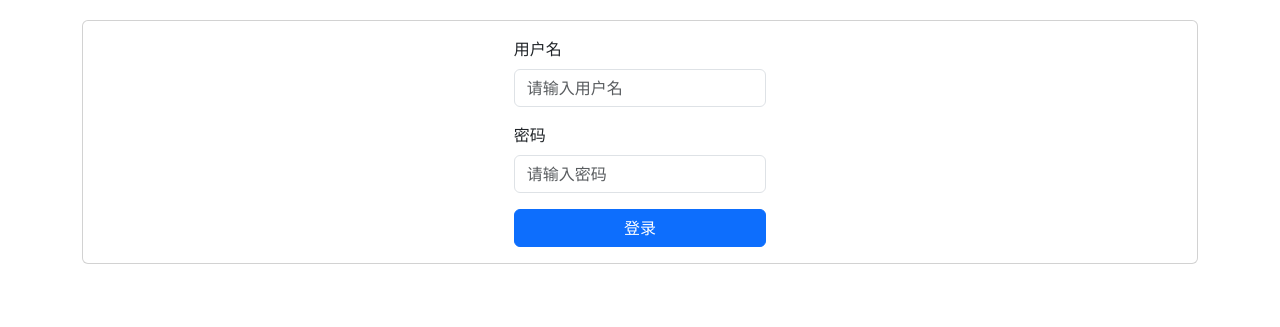
Repository: squawktop/CFS
Page: / (app in web/)
These files come from the project's save history. The page is drawn as it stood at one moment and after a run of saves; the edit follows.
The browser window is 1280 px wide. The pictures show the whole page.
The project was rebuilt for these pictures with package versions that can differ from the ones it lists, and the page was loaded fresh each time. Also part of the build but not shown: web/vue.config.js, web/src/views/RegisterView.vue, web/src/components/NavBar.vue, web/src/views/HomeView.vue, web/src/views/UsersManageView.vue, web/src/views/PersonalCenterView.vue, web/src/views/GoodsManageView.vue, web/src/views/OrdersManageView.vue and 1 more.

Above is the page before, as saved 2024-03-23 15:57:51.

### web/src/App.vue
<template>
  <RouterView></RouterView>
</template>

<script>


// 导入bootstrap
import "bootstrap/dist/css/bootstrap.min.css"
import "bootstrap/dist/js/bootstrap"
// import { ref } from "vue";

// import $ from 'jquery';
export default {
  components: {

  }
  ,
  setup() {
    // const user_id = ref("");
    // const username = ref("");
    // const password = ref("");

    // $.ajax({
    //   type: "get",
    //   url: "http://127.0.0.1:3000/user/getlist",
    //   success(resp) {
    //     user_id.value = resp[0].id;
    //     username.value = resp[0].username;
    //     password.value = resp[0].password;

    //   },
    //   error() {
    //     this.user_id = "error"
    //   }
    // })




    return {

    }
  }

}

</script>

<style></style>

### web/src/router/index.js
import { createRouter, createWebHistory } from 'vue-router'
// import HomeView from '../views/HomeView.vue'
import LoginView from '../views/LoginView.vue'
import RegisterView from '../views/RegisterView.vue'
import HomeView from '../views/HomeView.vue'
import UsersManageView from '../views/UsersManageView.vue'
import PersonalCenterView from '../views/PersonalCenterView.vue'
import GoodsManageView from '../views/GoodsManageView.vue'
import OrdersManageView from '../views/OrdersManageView.vue'
import NotFound from '../views/NotFoundView.vue'
import store from '@/store/index'

const routes = [
  {
    path: '/',
    name: 'home',
    component: HomeView,
    // redirect: "/user/register",
    meta: { //该页面是否需要授权      //随便写， 也可以设置为   flag : true;
      requestAuth: true,
    }
  },

  {
    path: '/user/login',
    name: 'user_login',
    component: LoginView,
    meta: {
      requestAuth: false,
    }
  },

  {
    path: '/user/register',
    name: 'user_register',
    component: RegisterView,
    meta: { //该页面是否需要授权
      requestAuth: false,
    }
  },
  {
    path: '/user/personalcenter',
    name: 'personal_center',
    component: PersonalCenterView,
    meta: { //该页面是否需要授权
      requestAuth: true,
    }
  },

  {
    path: '/user/usermanage',
    name: 'user_manage',
    component: UsersManageView,
    meta: { //该页面是否需要授权
      requestAuth: true,
    }
  }
  ,
  {
    path: '/goods/manege',
    name: 'goods_manage',
    component: GoodsManageView,
    meta: { //该页面是否需要授权
      requestAuth: true,
    }
  }, {
    path: '/orders/manege',
    name: 'orders_manage',
    component: OrdersManageView,
    meta: { //该页面是否需要授权
      requestAuth: true,
    }
  },


  {
    path: "/404/",
    name: "404",
    component: NotFound
  },
  {
    path: "/:catchAll(.*)",
    redirect: "/404/",  //页面重定向到404
  }
]

const router = createRouter({
  history: createWebHistory(),
  routes
})

router.beforeEach((to, from, next) => {
  if (to.meta.requestAuth && !store.state.user.is_login) {
    next({ name: "user_login" });
  } else {
    next();
  }
})

export default router

### web/src/store/index.js
import { createStore } from 'vuex'
import ModuleUser from '@/store/user'

export default createStore({
  state: {
  },
  getters: {
  },
  mutations: {
  },
  actions: {
  },
  modules: {
    user: ModuleUser,
  }
})

### web/src/views/LoginView.vue
<template>
    <ContentField v-if="!$store.state.user.pulling_info">
        <div class="row justify-content-md-center">
            <div class="col-3">
                <form @submit.prevent="login">
                    <div class="mb-3">
                        <label for="username" class="form-label">用户名</label>
                        <input v-model="username" type="text" class="form-control" id="username" placeholder="请输入用户名" />
                    </div>
                    <div class="mb-3">
                        <label for="password" class="form-label">密码</label>
                        <input v-model="password" type="password" class="form-control" id="password"
                            placeholder="请输入密码" />
                    </div>
                    <div class="error-message">{{ error_message }} </div>
                    <button type="submit" class="btn btn-primary">登录</button>
                </form>
            </div>
        </div>
    </ContentField>

</template>

<script>
import ContentField from "@/components/ContentField.vue";
import { useStore } from "vuex"
import { ref } from "vue"
import router from "@/router/index";

export default {
    components: {
        ContentField,
    },
    setup() {
        const store = useStore();
        let username = ref('');
        let password = ref('');
        let error_message = ref('');


        const jwt_token = localStorage.getItem("jwt_token");
        if (jwt_token) {
            store.commit("updateToken", jwt_token);
            store.dispatch("getinfo", {
                success() {
                    router.push({ name: "home" });
                    store.commit("updatePullingInfo", false);
                }, error() {
                    store.commit("updatePullingInfo", false);
                }
            })
        } else {
            store.commit("updatePullingInfo", false);
        }




        const login = () => {
            error_message.value = "";
            store.dispatch("login", {
                username: username.value,
                password: password.value,
                success() {
                    store.dispatch("getinfo", {
                        success() {
                            router.push({ name: 'home' });
                        }
                    })

                },
                error() {
                    error_message.value = "用户名或密码错误";
                }
            })
        }

     return {
            username,
            password,
            error_message,
            login,

        }
    }
};
</script>

<style scoped>
button {
    width: 100%;
}

div.error-message {
    color: red;
}
</style>

### web/src/store/user.js
import router from '@/router';
import $ from 'jquery'
export default {
    state: {
        id: "",
        username: "",
        photo: "",
        token: "",
        is_login: false,
        pulling_info: true,
    },
    getters: {
    },
    mutations: {        //一般是用来修改数据的
        updateUser(state, user) {
            state.id = user.id;
            state.username = user.username;
            state.photo = user.photo;
            state.is_login = user.is_login;
        },
        updateToken(state, token) {
            state.token = token;
        },
        logout(state) {
            state.id = "";
            state.username = "";
            state.photo = "";
            state.token = "";
            state.is_login = false;
            router.push({ name: "user_login" });
        },
        updatePullingInfo(state, pulling_info) {
            state.pulling_info = pulling_info;
        },
    },

    actions: {

        login(context, data) {
            $.ajax({
                url: "http://127.0.0.1:3000/api/user/account/token/",
                type: "post",
                data: {
                    username: data.username,
                    password: data.password,
                },
                success(resp) {
                    if (resp.error_message === "success") {
                        localStorage.setItem("jwt_token", resp.token);
                        context.commit("updateToken", resp.token);
                        data.success(resp);
                    } else {
                        data.error(resp);
                    }
                },
                error(resp) {
                    data.error(resp)
                },
            });
        },
        getinfo(context, data) {
            $.ajax({
                url: "http://127.0.0.1:3000/api/user/account/info/",
                type: "get",
                headers: {
                    Authorization:
                        "Bearer " + context.state.token,
                },
                success(resp) {
                    if (resp.error_message === "success") {
                        // console.log(resp);
                        context.commit("updateUser", {
                            ...resp,
                            is_login: true,

                        });
                        data.success(resp);
                    } else {
                        data.success(resp);
                    }

                },
                error(resp) {
                    data.error(resp);
                },
            });

        },
        logout(context) {
            localStorage.removeItem("jwt_token");
            context.commit("logout")
        }
    },
    modules: {
    }
}

### web/src/components/ContentField.vue
<template>
    <div class="container content-field">
        <div class="card">
            <div class="card-body">
                <slot></slot>
            </div>
        </div>
    </div>
</template>

<script>
</script>

<style scoped>
div.content-field {
    margin-top: 20px;
}
</style>

Loaded but not shown: web/public/index.html (common file); web/src/main.js (common file)

After the next 2 saves:
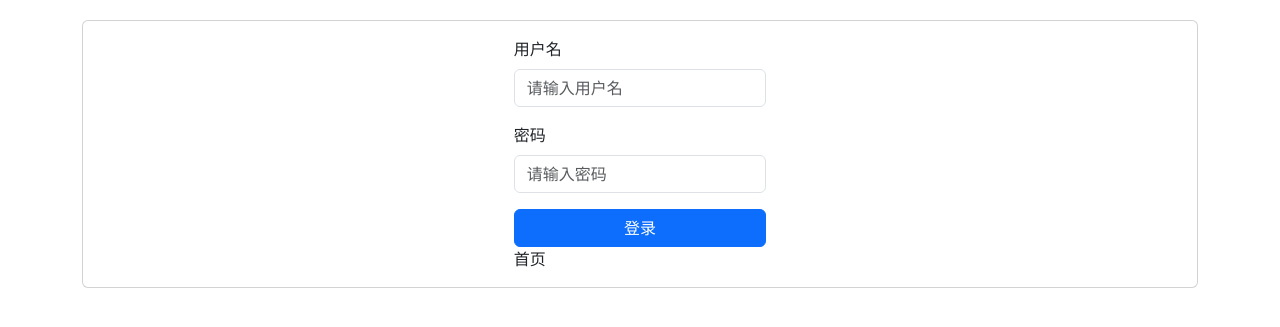
The 2 saves are shown as one change because they came seconds apart.
The last was saved 72 s later.
--- a/web/src/views/LoginView.vue
+++ b/web/src/views/LoginView.vue
@@ -14,6 +14,8 @@
                     </div>
                     <div class="error-message">{{ error_message }} </div>
                     <button type="submit" class="btn btn-primary">登录</button>
+                    <router-link :class="route_name == 'home' ? 'nav-link active' : 'nav-link'"
+                            :to="{ name: 'home' }">首页</router-link>
                 </form>
             </div>
         </div>
